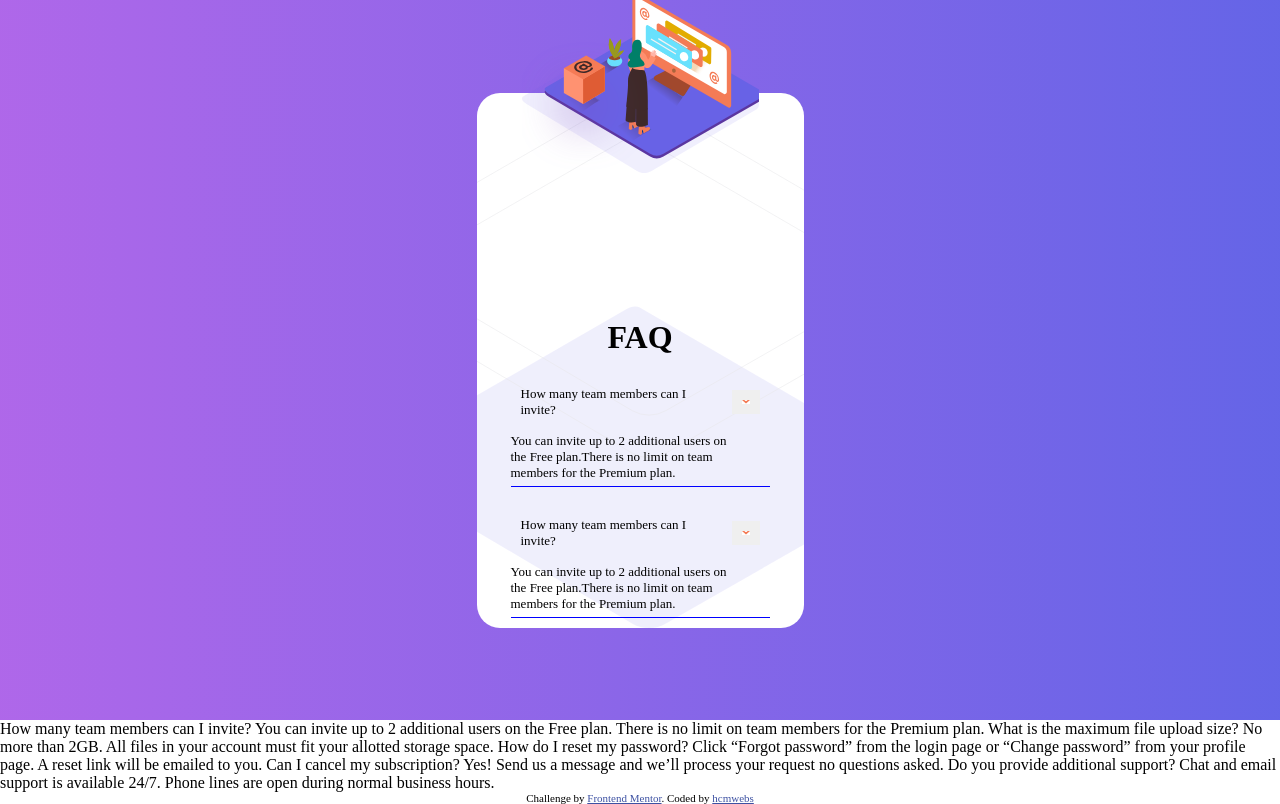
Repository: Hcmwebs/faq-accordion-card
Page: index.html
These files come from the project's save history. The page is drawn as it stood at one moment and after the next save; the edit follows.
The browser window is 1280 px wide. The pictures show the whole page.
The style sheet was rebuilt from its Sass, Less or Tailwind sources for each picture, by a compiler version that may differ from the author's.

Above is the page before, as saved 2020-11-06 10:52:41.

After the next save:
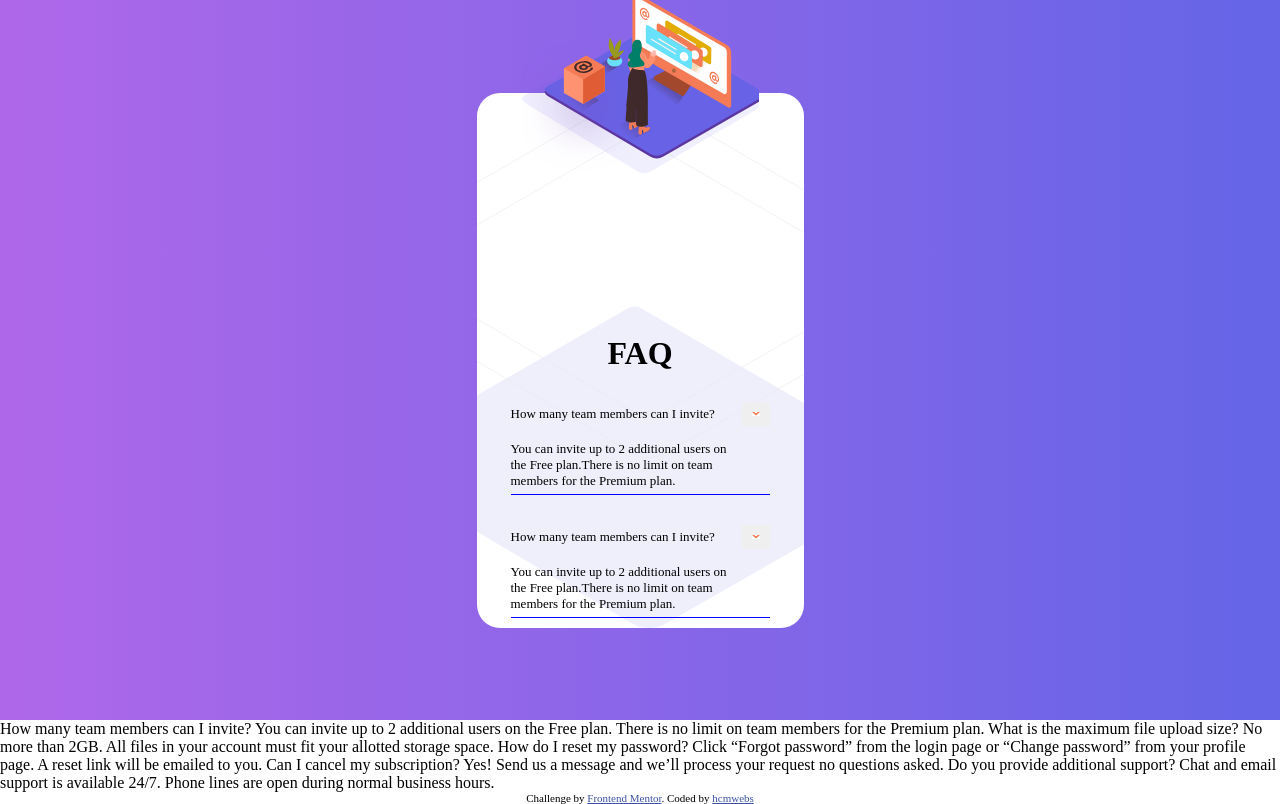
Saved 8 s later.
--- a/scss/main.scss
+++ b/scss/main.scss
@@ -112,7 +112,7 @@ font-weight: $font-light;
 
 
         &--title{
-          padding: 10px;
+          padding: 10px 0;
           @include flex($row,$spaceBetween,$center);
 
           h2{
